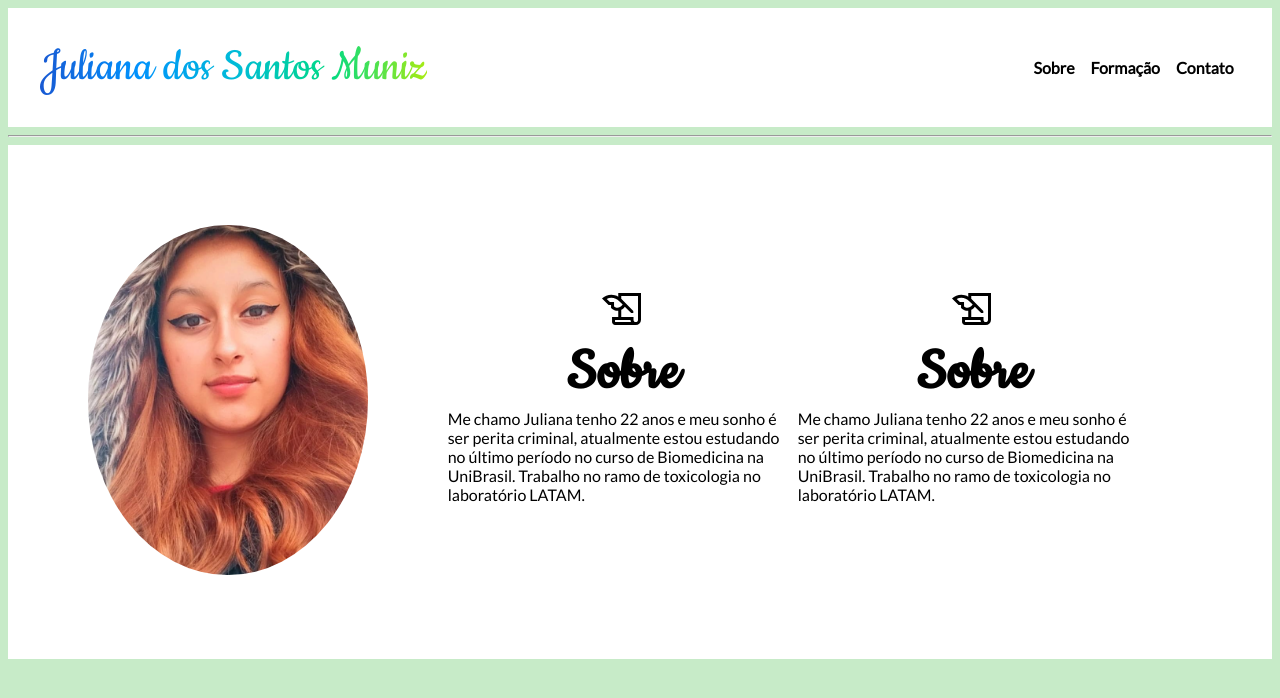
Repository: joaovnogueira/Portfolio-Juliana
Page: index.html
An editor plug-in stored every save of this project. The page is shown before and after a run of saves, followed by the edit.
The browser window is 1280 px wide. The pictures show the whole page.

Above is the page before, as saved 2022-06-14 16:21:52.

### index.html
<!DOCTYPE html>
<html lang="en">
<head>
    <link rel="stylesheet" href="styles.css">
    <meta charset="UTF-8">
    <meta http-equiv="X-UA-Compatible" content="IE=edge">
    <meta name="viewport" content="width=device-width, initial-scale=1.0">
    <title>Portfólio Juliana</title>
</head>
<body>
    <header>
        <nav>
            <div class="logo">Juliana dos Santos Muniz</div>
            <div class="menu">
                <a href="">Sobre</a>
                <a href="">Formação</a>
                <a href="">Contato</a>
            </div>
        </nav>
    </header>
    <hr>
    <main>
        <div class="perfil">
            <div class="foto">
                <img src="./assets/foto-perfil.png" alt="Foto de perfil" class="fotoperfil">
            </div>
            <div class="conteudo">
                <img src="./assets/sobre.svg" alt=""><h1>Sobre</h1>
                <p>Me chamo Juliana tenho 22 anos e meu sonho é ser perita criminal,
                atualmente estou estudando no último período no curso de Biomedicina na UniBrasil.
                Trabalho no ramo de toxicologia no laboratório LATAM.</p>
            </div>
            <div class="conteudo">
                <img src="./assets/sobre.svg" alt=""><h1>Sobre</h1>
                <p>Me chamo Juliana tenho 22 anos e meu sonho é ser perita criminal,
                atualmente estou estudando no último período no curso de Biomedicina na UniBrasil.
                Trabalho no ramo de toxicologia no laboratório LATAM.</p>
            </div>
        </div>
    </main>
    <footer></footer>
</body>
</html>

### styles.css
@import url('https://fonts.googleapis.com/css2?family=Cookie&display=swap');
@import url('https://fonts.googleapis.com/css2?family=Lato&display=swap');

body{
    background-color: #C7EBC8;
}

header {
    background-color: #FFFFFF;
    padding: 2rem;
    align-items: center;
}

nav{
    display: flex;
    justify-content: space-between;
    align-items: center;
}

.logo{
    font-family: 'Cookie', cursive;
    font-size: 50px;
    background-clip: text;
    -webkit-background-clip: text;
    background-image: linear-gradient(to right, #1859d3, #0091fc, #00bbd9, #00da84, #a8eb12);
    color: transparent;
}

.menu{
    font-family: 'Lato', sans-serif;
    font-weight: bold;
}

a{
    text-decoration: none;
    color: black;
    margin: .4rem;
}

hr{
    background-color: #FFFFFF;
}



.perfil {
    display: flex;
    padding: 5rem;
    align-items: center;
    background-color: #FFFFFF;

}

.foto{
    align-items: center;
    margin-right: 80px;

}

.conteudo{
    align-items: center;
    max-width: 350px;
    max-height: 100vh;
    text-align: center;
    vertical-align:middle;

}

h1{
    font-family: 'Cookie', cursive;
    font-weight: bold;
    font-size: 64px;
    vertical-align:middle;
    margin-bottom: 1px;
    margin-top: 1px;
}

p{
    margin-top: 1px;
    font-family: 'Lato', sans-serif;
    text-align: left;
}

.fotoperfil{
    border-radius: 50%;
    max-width:750px;
    max-height:350px;
    width: auto;
    height: auto;
}

.icon{
    max-width: 40px;
    max-height:40px;
}

After the next 2 saves:
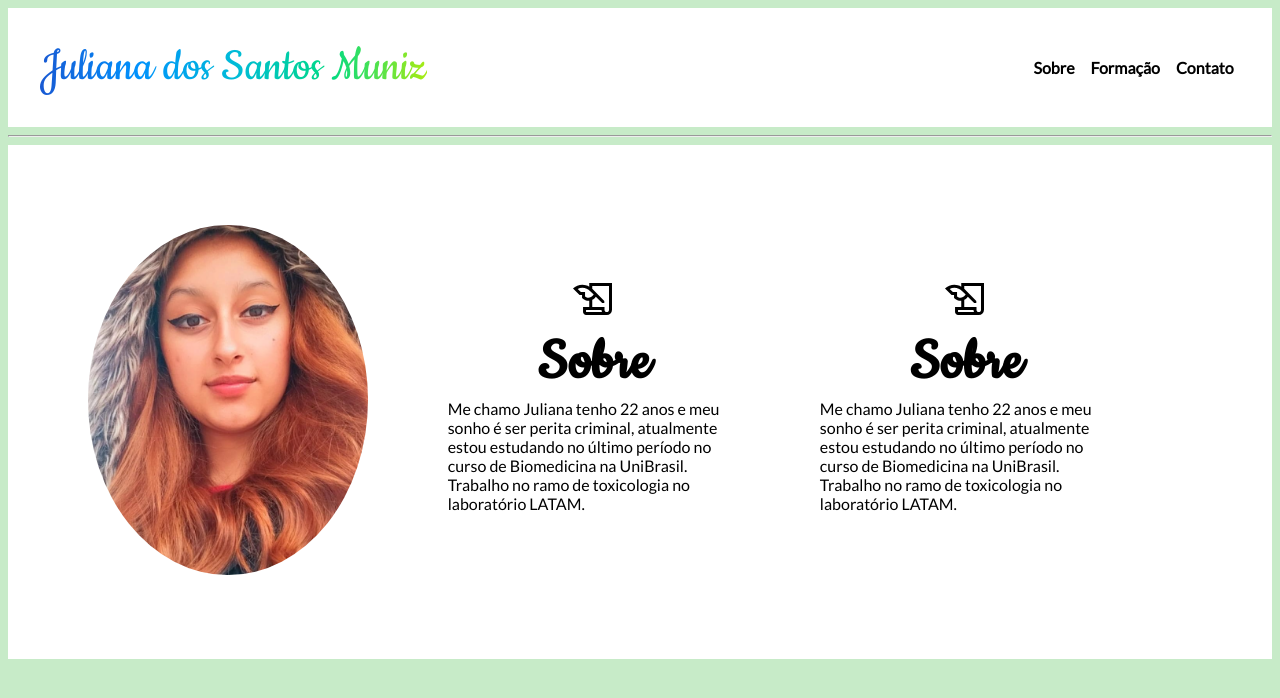
The 2 saves are shown as one change because they came seconds apart.
The last was saved 23 s later.
--- a/styles.css
+++ b/styles.css
@@ -63,7 +63,7 @@
     max-height: 100vh;
     text-align: center;
     vertical-align:middle;
-
+    margin-right: 80px;
 }
 
 h1{

After the save that followed:
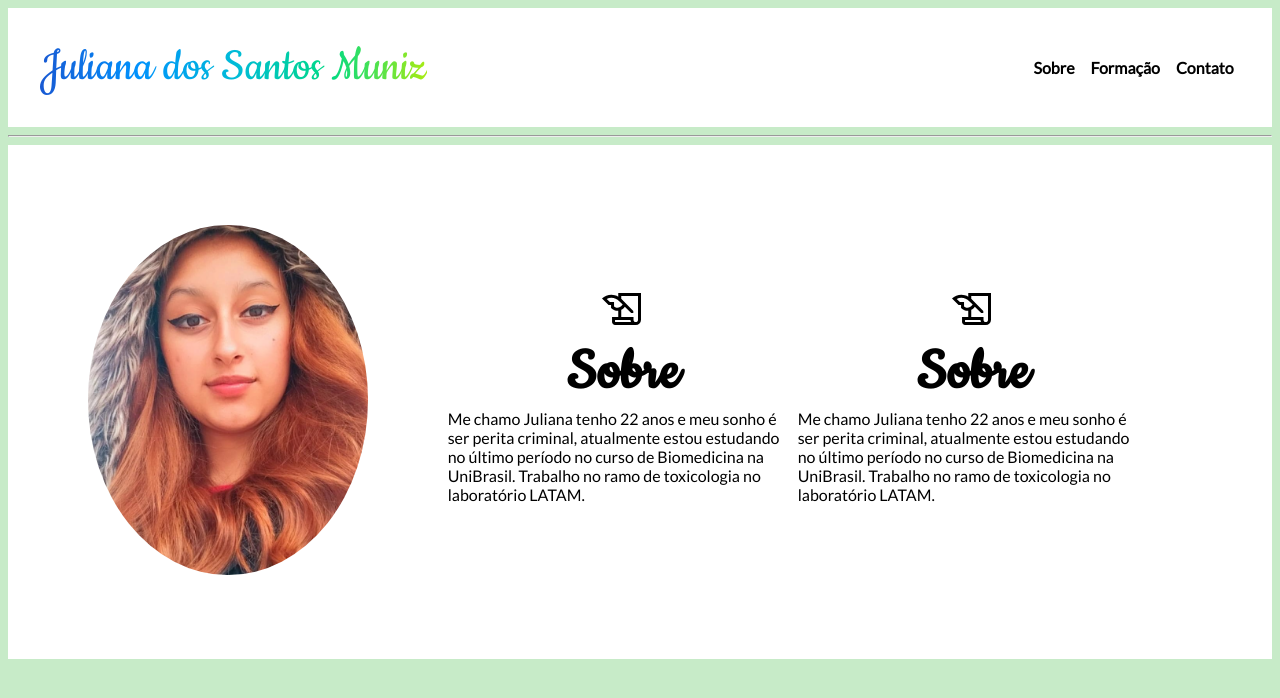
Saved 6 s later.
--- a/styles.css
+++ b/styles.css
@@ -63,7 +63,7 @@
     max-height: 100vh;
     text-align: center;
     vertical-align:middle;
-    margin-right: 80px;
+    flex: 1;
 }
 
 h1{
